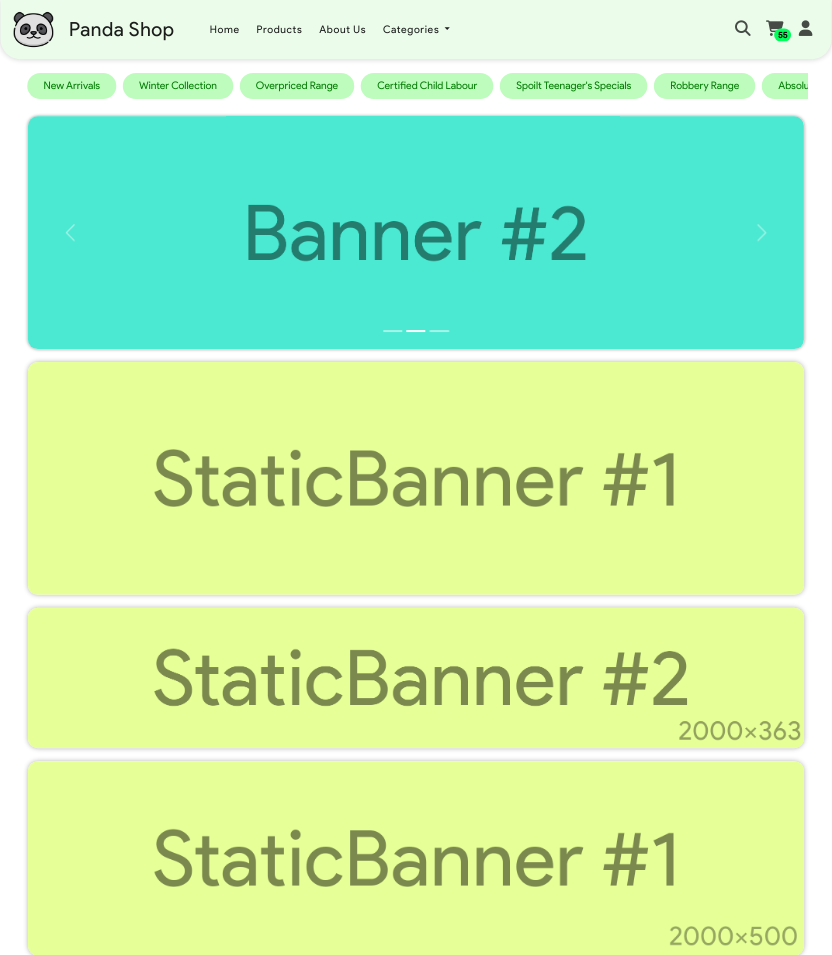
Repository: Anindyait/Panda-web-project
Page: Project1/src/main/webapp/index.html
An editor plug-in stored every save of this project. The page is shown before and after the next save, followed by the edit.
The browser window is 1280 px wide. The pictures show the whole page, at 65% of full size.
Some web fonts or font styles are not loaded; a fallback is used. Some web libraries are served in a nearby version.

Above is the page before, as saved 2022-12-28 15:21:30.

After the next save:
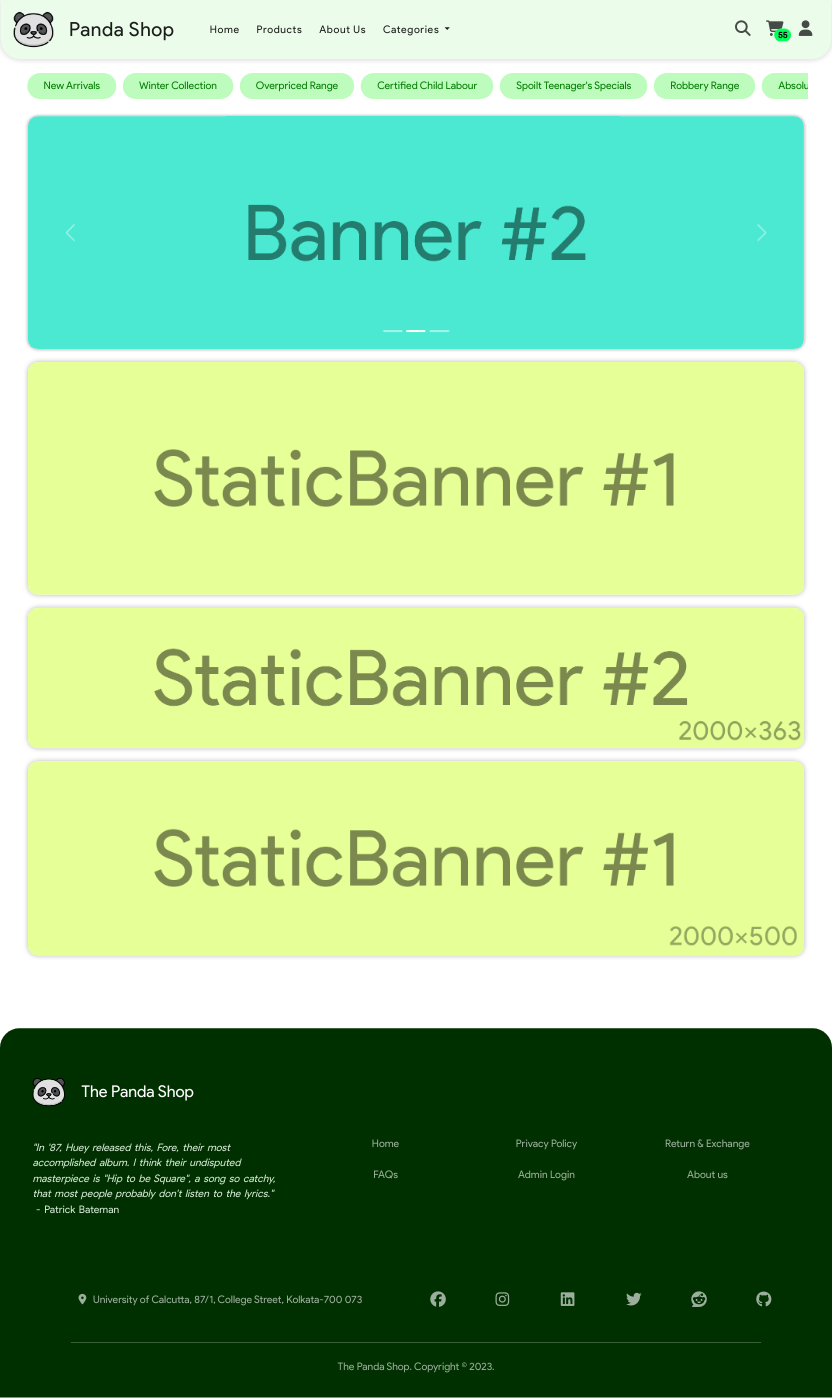
Console error: TypeError: $(...).dropdown is not a function
Saved 5 h 12 min later.
--- a/Project1/src/main/webapp/index.html
+++ b/Project1/src/main/webapp/index.html
@@ -131,5 +131,6 @@
 
 		</div>
 	</div>
+	<div id="footer"></div>
 </body>
 </html>
